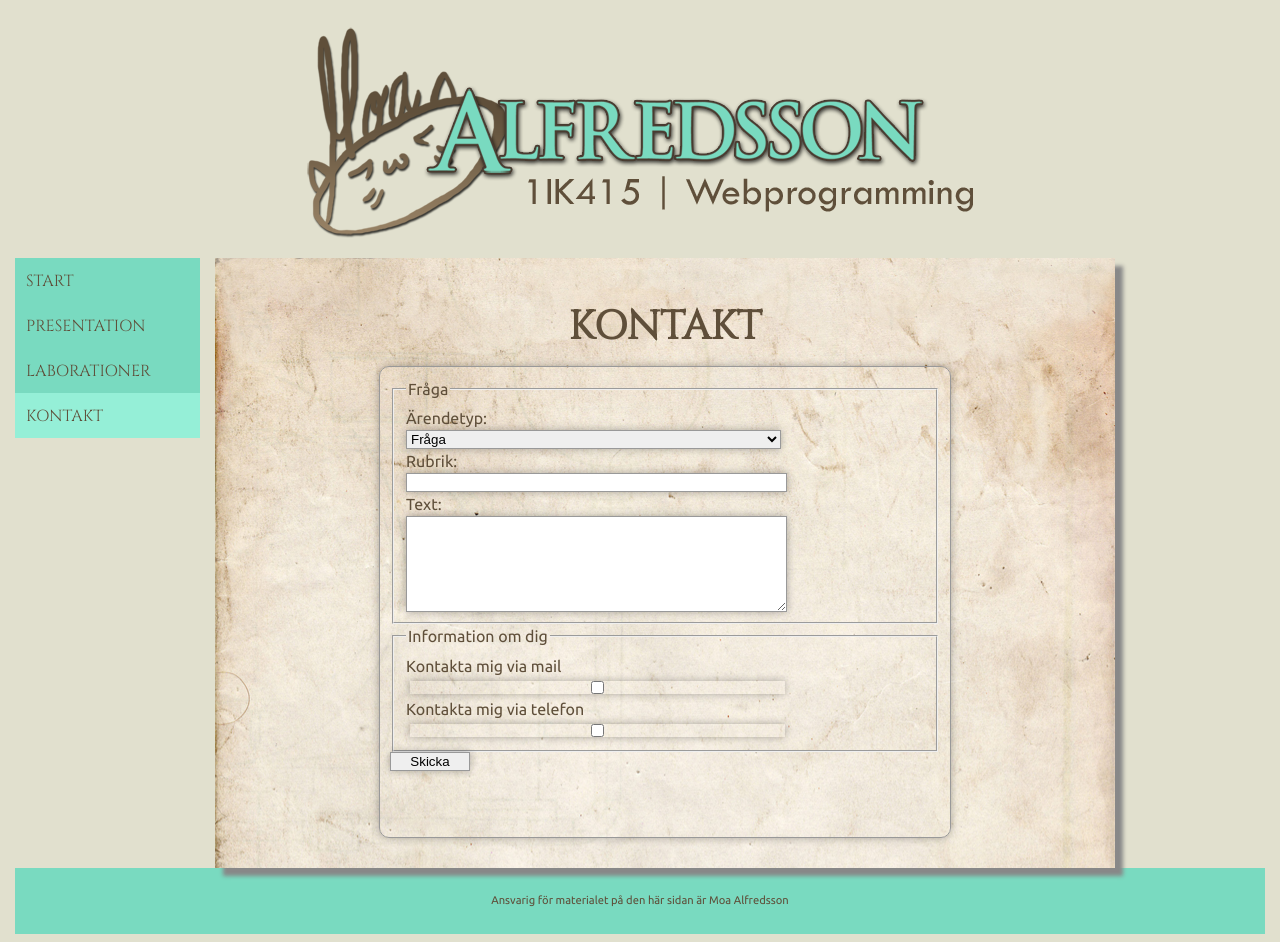
Repository: ma223md/1ik415
Page: pages/kontakt.html
The author's editor kept a record of every edit. The page is drawn from the files as they stood at one moment, then again after the next edit.
The browser window is 1280 px wide. The pictures show the whole page.

Above is the page before.

### pages/kontakt.html
<!DOCTYPE html>
<html>
    <head>
        <title>Kontakt</title>
        <meta charset="UTF-8">
        <!-- Gör så att svenska bokstäver visas korrekt -->
        <link rel="stylesheet" href="../css/style2.css" />
        <link href='//fonts.googleapis.com/css?family=Ubuntu' rel='stylesheet' type='text/css'>
        <link href='//fonts.googleapis.com/css?family=Cinzel' rel='stylesheet' type='text/css'>
    </head>
    <body>
        <div id="container">
            <div id="header">
            </div>
            <div id="navigation">
            <ul>
                <li><a href="../index.html">Start</a></li>
                <li><a href="../pages/presentation.html" >Presentation</a></li>
                <li><a href="../pages/laborationer.html">Laborationer</a></li>
                <li><a href="../pages/kontakt.html" class="active">Kontakt</a></li>
                </ul>
            </div>
            <div id="content">
                <h1>Kontakt</h1>
                <form name="contactForm" action="http://voyager.lnu.se/tekinet/kurser/dtt/wp_webbintro/form.php" method="post">
                    <fieldset>
                        <legend>Fråga</legend>
                        <span>Ärendetyp:</span>
                        <select name="errand">
                            <option value="question">Fråga</option>
                            <option value="greeting">Hälsning</option>
                            <option value="other">Övrigt</option>
                        </select>
                        <span>Rubrik:</span> <input type="text" name="headline">
                        <span>Text:</span> <textarea  name="comments" cols="25" rows="6"></textarea>
                    </fieldset>
                    <fieldset>
                        <legend>Information om dig</legend>
                        <span>Kontakta mig via mail</span> <input type="checkbox" name="contact" value="mail">
                        <span>Kontakta mig via telefon</span> <input type="checkbox" name="contact" value="phone">
                    </fieldset>
                    <input type="submit" value="Skicka" name="send" class="button">
                </form>
            </div>
            <div id="footer">
                <p>Ansvarig för materialet på den här sidan är Moa Alfredsson</p>
            </div>
        </div>
    </body>
</html>

### css/style2.css
/* Layout */

/*  Colors
    Main: #e1e0ce
    Navigation: #79dac0
    Content text: #5f4f3a
*/
body
    {
        background: #e1e0ce;
        line-height: 1.5em;
    }

#header
    {
        background-image: url(pics/logga2.png);
        background-repeat: no-repeat;
        background-position: center;
        height:250px;
    }

#container
    {
        background: #e1e0ce;
        width: 1250px;
        overflow: auto;
        margin: 0 auto;
    }


#header img
    {
        padding-top: 15px;
        padding-left: 185px;
    }

#navigation
    {
        float: left;
        background: #e1e0ce;
        width: 200px;
    }

#navigation ul
    {
        margin: 0;
        padding: 0;
        width:185px;
        list-style-type: none;
    }
/* Ändrar lista till menyknappar */
#navigation ul li a
    {
        color: #5f4f3a;
        background-color: #79dac0;
        padding: 10.5px 11px;
        display:block;
        font-family: 'Cinzel', serif;
        text-transform: uppercase;
        text-decoration: none;
    }
/* Färgar aktiv länk i meny */
#navigation ul li .active
    {
    color: #5f4f3a;
    background-color: #95efd7;
    }

#navigation ul li a:hover
    {
        background-color:  #95efd7;
    }

#content
    {
        background-image: url(pics/paperbackground.jpg);
        width: 840px;
        float: left;
        box-shadow: 8px 8px 4px #888888;
        padding: 30px;
        color: #5f4f3a;
        font-family: 'Ubuntu', sans-serif;
    }

#content p
    {
        padding-bottom: 10px;
    }

#content .blogdate
    {
        font-size: 0.7em;
        clear: both;
    }

#content h1
    {
        color: #5f4f3a;
        font-family: 'Cinzel', serif;
        font-size: 2.5em;
        text-transform: uppercase;
        text-align: center;
    }

#content h2, h3
    {
        color: #5f4f3a;
        font-family: 'Cinzel', serif;
    }

#content table, th, td
    {
        border: 2px solid #5f4f3a;
    }

#content td
    {
        padding: 10px;
    }

#content a
    {
        color: #5f4f3a;
    }
/* Textwrap för bilder */
.TextWrapRight
    {
        float: right;
        padding-bottom: 10px;
        padding-left: 10px;
    }
.TextWrapLeft
    {
        float: left;
        padding-bottom: 10px;
        padding-right: 10px;
    }

form
{
    margin:auto;
    position:relative;
    width:550px;
    height:450px;
    line-height: 24px;
    color: #5f4f3a;
    font-family: 'Ubuntu', sans-serif;
    text-decoration: none;
    -webkit-border-radius: 10px;
    -moz-border-radius: 10px;
    padding:10px;
    border: 1px solid #999;
    border: inset 1px solid #333;
    -webkit-box-shadow: 0px 0px 8px rgba(0, 0, 0, 0.3);
    -moz-box-shadow: 0px 0px 8px rgba(0, 0, 0, 0.3);
    box-shadow: 0px 0px 8px rgba(0, 0, 0, 0.3);
}

input, option, textarea, select
    {
        width:375px;
        display:block;
        border: 1px solid #999;
        -webkit-box-shadow: 0px 0px 8px rgba(0, 0, 0, 0.3);
        -moz-box-shadow: 0px 0px 8px rgba(0, 0, 0, 0.3);
        box-shadow: 0px 0px 8px rgba(0, 0, 0, 0.3);
    }

.button
{
    width:80px;
}

/* Placerar footer under kolumnerna */
#footer
    {
        clear: both;
        background: #79dac0;
        height: 66px;
    }

#footer p
    {
        color: #5f4f3a;
        font-family: 'Ubuntu', sans-serif;
        font-size: 0.7em;
        text-align: center;
        padding-top: 20px;
    }

After the next edit:
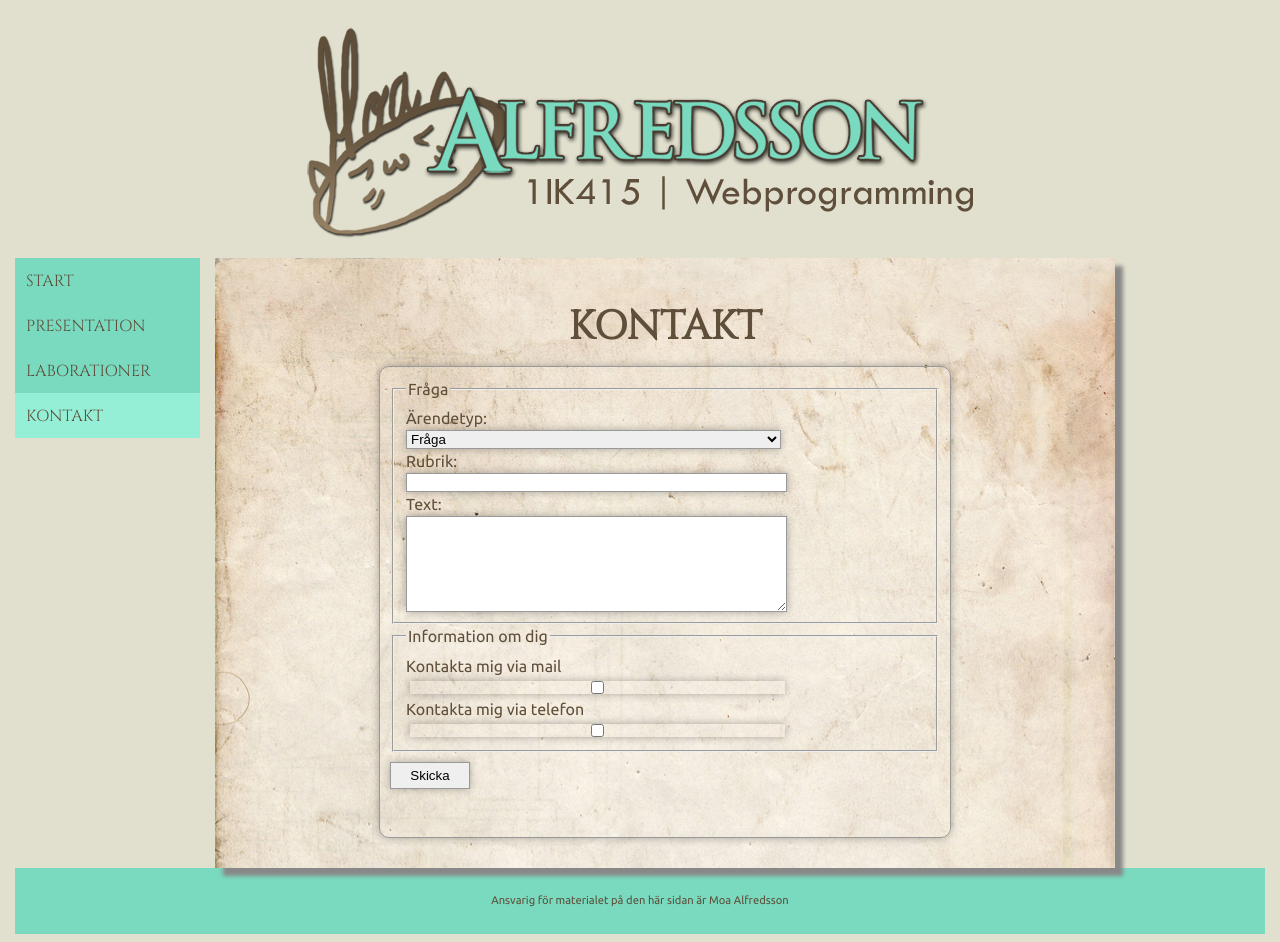
The edit:
--- a/css/style2.css
+++ b/css/style2.css
@@ -169,6 +169,8 @@
 .button
 {
     width:80px;
+    margin-top:10px;
+    padding: 5px;
 }
 
 /* Placerar footer under kolumnerna */
